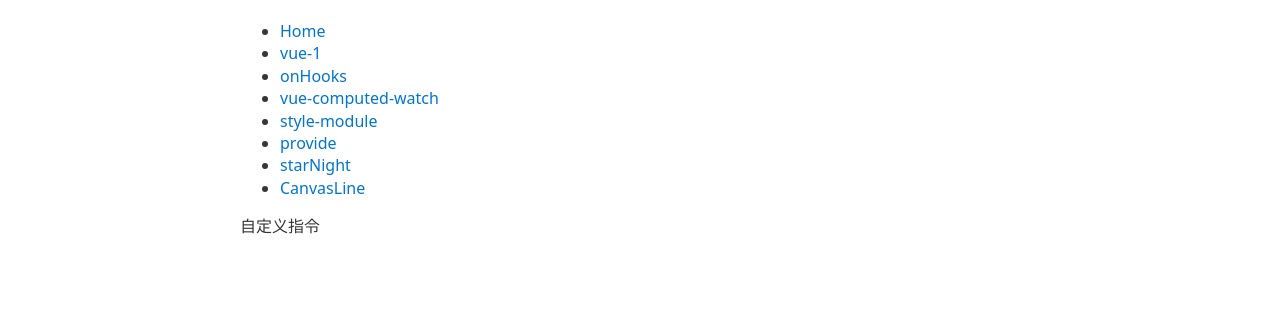
Repository: 596178924/vue3-ts-html
Page: /
These files come from the project's save history. The page is drawn as it stood at one moment and after the next save; the edit follows.
The browser window is 1280 px wide. The pictures show the whole page.
The project was rebuilt for these pictures with package versions that can differ from the ones it lists, and the page was loaded fresh each time. Also part of the build but not shown: vue.config.js.

Above is the page before, as saved 2022-02-16 14:08:57.

After the next save:
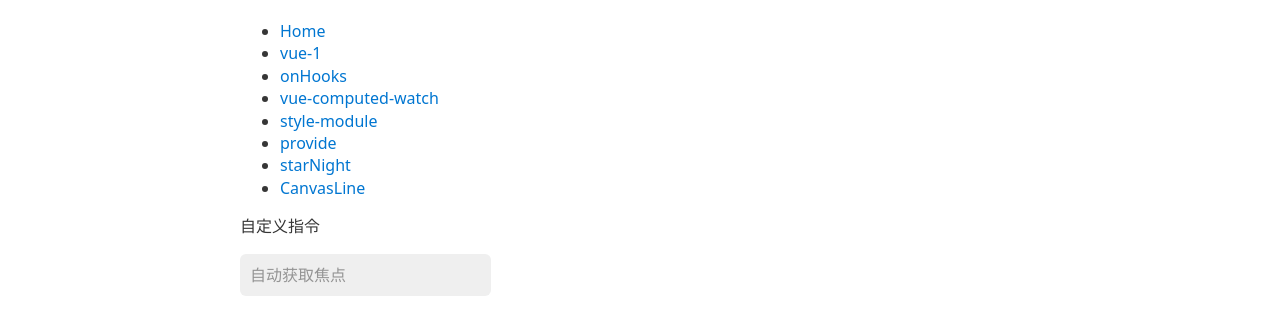
Saved 25 s later.
--- a/src/views/Home.vue
+++ b/src/views/Home.vue
@@ -1,6 +1,7 @@
 <template>
     <div class="">
         <p v-copy>自定义指令</p>
+        <input type="text" placeholder="自动获取焦点">
     </div>
 </template>
 
